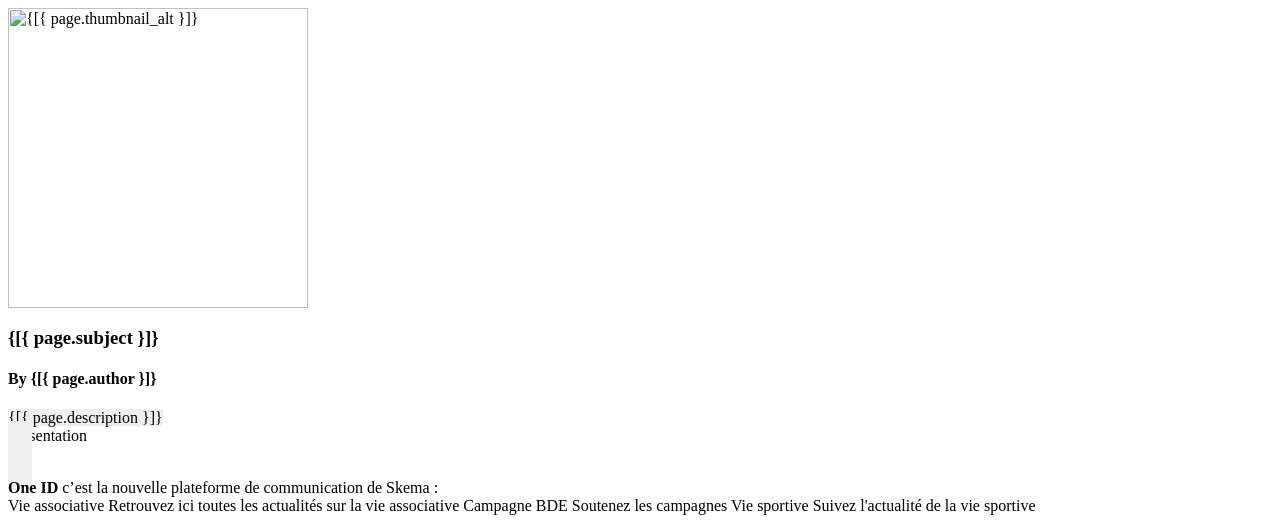
Repository: iGitScor/oneid
Page: web/app/views/full/home.html
The author's editor kept a record of every edit. The page is drawn from the files as they stood at one moment, then again after the next edit.
The browser window is 1280 px wide. The pictures show the part of the page from y = 0 to 531 px (the page is 992 px tall before and 1008 px after).
Pictures or frames that could not be fetched are drawn as grey boxes.

Above is the page before.

After the next edit:
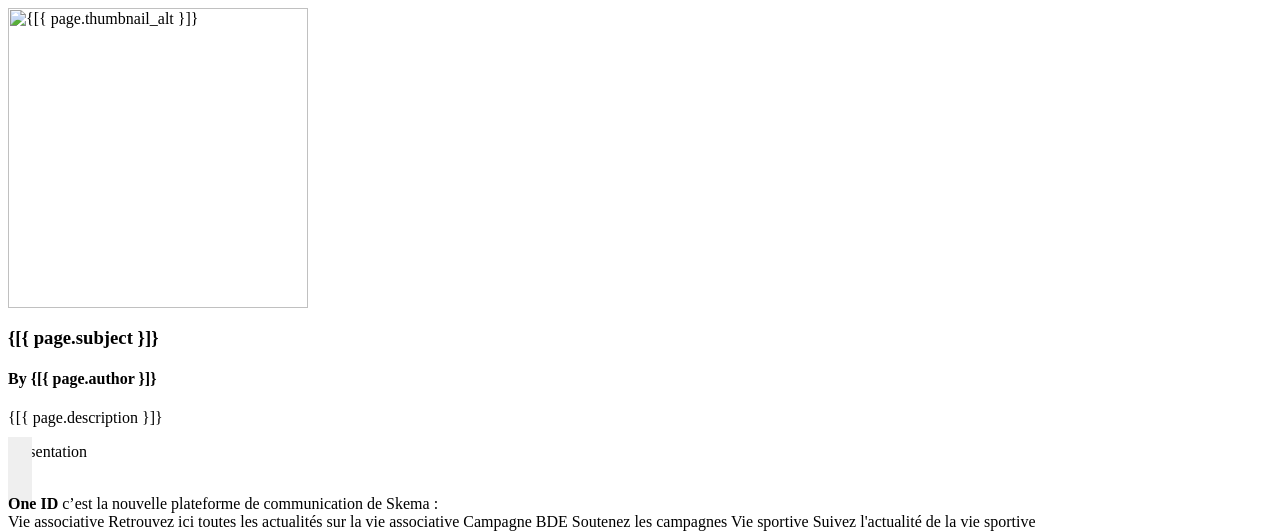
The edit:
--- a/web/app/views/full/home.html
+++ b/web/app/views/full/home.html
@@ -8,7 +8,7 @@
         <md-card-content>
             <h3><strong>{[{ page.subject }]}</strong></h3>
             <h4>By {[{ page.author }]}</h4>
-            {[{ page.description }]}
+            <p>{[{ page.description }]}</p>
         </md-card-content>
       </md-card>
     </md-item-content>
